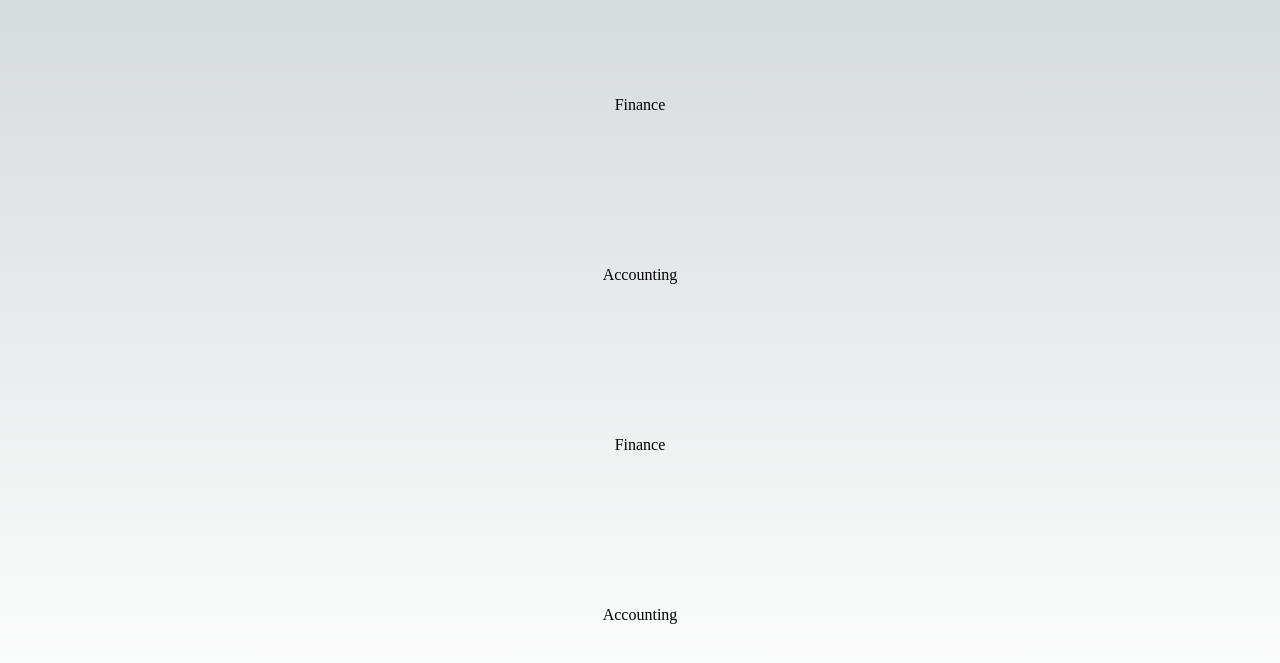
Repository: giovanabirck/mdia2109-class03
Page: / (app in example.map/)
An editor plug-in stored every save of this project. The page is shown before and after the next save, followed by the edit.
The browser window is 1280 px wide. The pictures show the whole page.
The project was rebuilt for these pictures with package versions that can differ from the ones it lists, and the page was loaded fresh each time. The framework's server and built-in components were replaced by stand-ins that run in the browser. Also part of the build but not shown: example.map/next.config.js.

Above is the page before, as saved 2023-01-19 14:38:51.

After the next save:
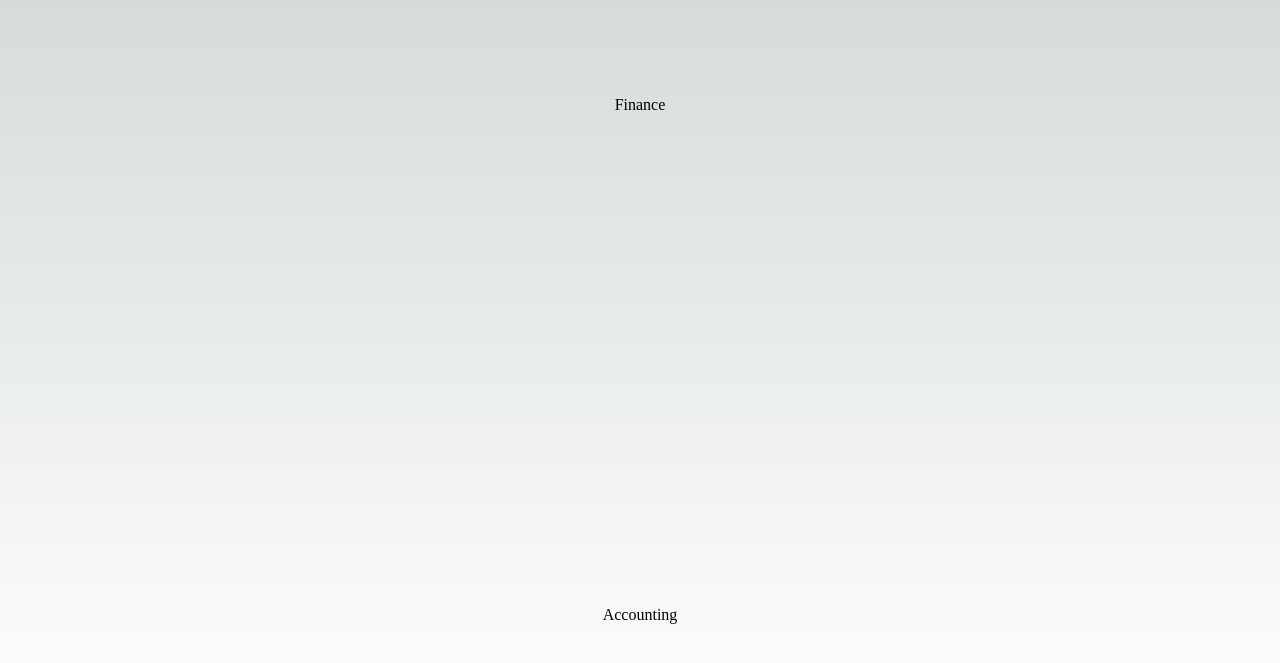
Saved 14 s later.
--- a/example.map/pages/index.js
+++ b/example.map/pages/index.js
@@ -33,7 +33,7 @@ export default function Home() {
         }
         {
           information && information.map((info, index) => {
-            if(info.department.toLowerCase() === "business") {
+            if(info.department.toLowerCase() === "compu") {
               return(
                 <div key={index}>{info.degree}</div>
               )
